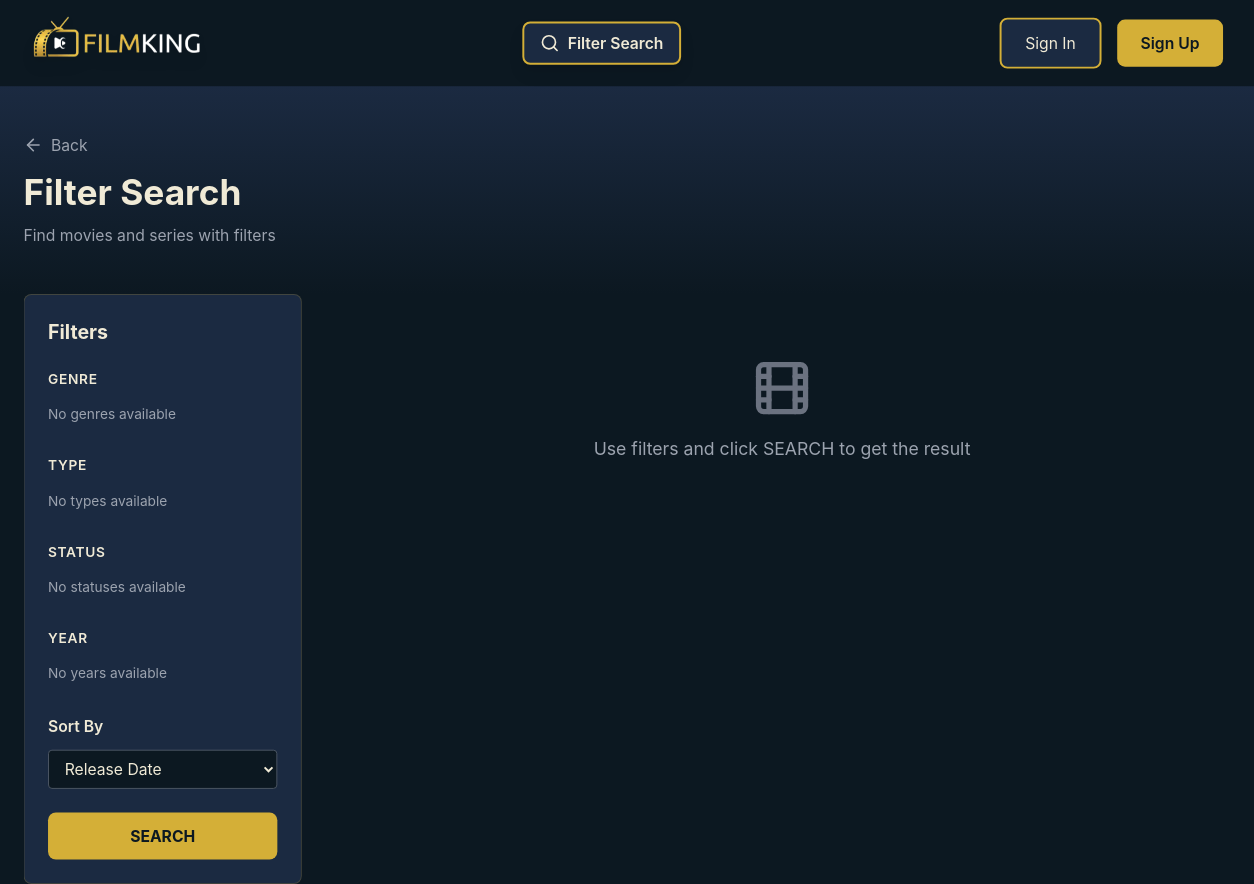
Repository: SansZee/BasdatProject
Page: /search (app in frontend/)
An editor plug-in stored every save of this project. The page is shown before and after the next save, followed by the edit.
The browser window is 1280 px wide. The pictures show the whole page, at 98% of full size.
The page's requests for data from a server got no answer. The project was rebuilt for these pictures with package versions that can differ from the ones it lists, and the page was loaded fresh each time. No one was signed in, and anything a server would have sent is missing. Also part of the build but not shown: frontend/vite.config.ts, frontend/src/pages/HomePage.tsx, frontend/src/pages/LoginPage.tsx, frontend/src/pages/RegisterPage.tsx, frontend/src/components/Tabs.tsx, frontend/src/api/reviews.ts, frontend/src/components/ReviewSection.tsx, frontend/src/pages/TitleDetailPageNew.tsx and 2 more.

Above is the page before, as saved 2025-12-07 08:28:42.

After the next save:
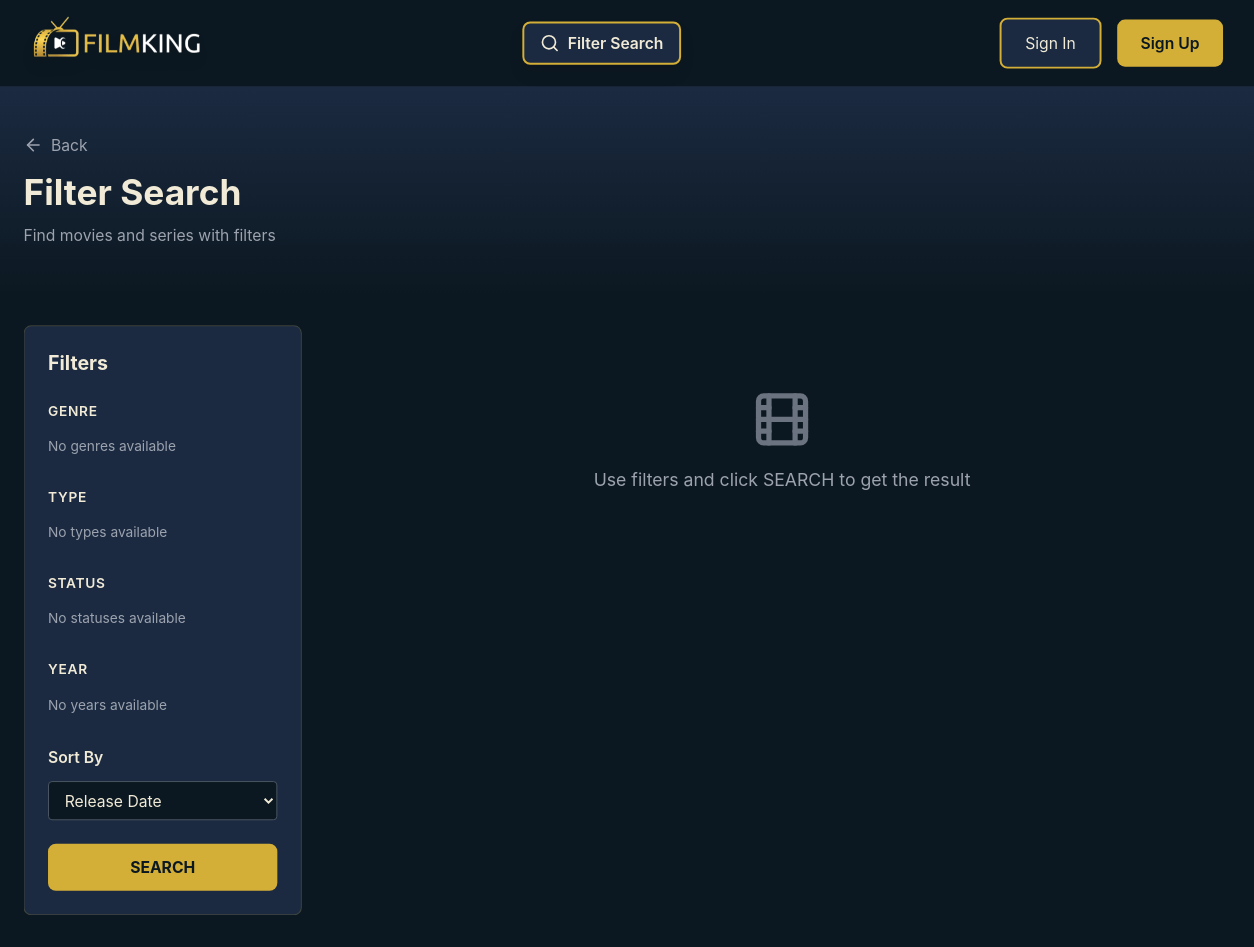
Saved 19 s later.
--- a/frontend/src/pages/FilterSearchPage.tsx
+++ b/frontend/src/pages/FilterSearchPage.tsx
@@ -153,7 +153,7 @@ export function FilterSearchPage() {
             </div>
 
             {/* Main Content */}
-            <div className="py-0 bg-primary">
+            <div className="py-8 bg-primary">
                 <div className="max-w-7xl mx-auto px-6">
                     <div className="grid grid-cols-1 lg:grid-cols-4 gap-8">
                         {/* Filter Panel */}
